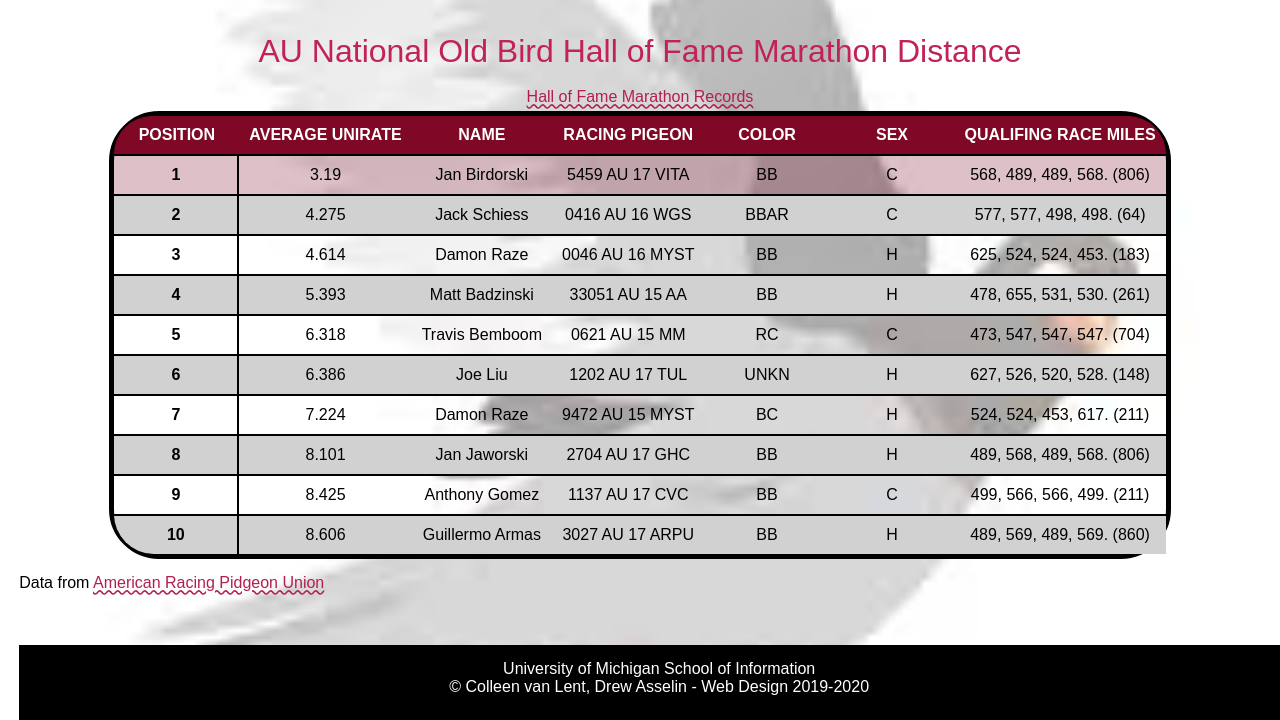
Repository: jiaqili0803/SI_539
Page: hw4-2021-main/hw4-2021-main/index.html
An editor plug-in stored every save of this project. The page is shown before and after the next save, followed by the edit.
The browser window is 1280 px wide. The pictures show the whole page.
The pointer rests on the first visible `tbody tr`.
Some web fonts or font styles are not loaded; a fallback is used.

Above is the page before, as saved 2021-10-02 19:28:03.

### hw4-2021-main/hw4-2021-main/index.html
<!DOCTYPE html>
<html lang="en">
  <head>
    <meta charset="UTF-8">
    <!-- <link rel="shortcut icon" type="image/png" href="images/pigeon-icon.png"/> -->
    <link rel="stylesheet", type="text/css" href="css/html5reset.css">
    <link rel="stylesheet", type="text/css" href="css/style.css">
    <link href='https://fonts.googleapis.com/css?family=Andika' rel='stylesheet'>
    <link rel="icon" href="https://cdn.pixabay.com/photo/2018/07/29/18/54/pigeon-3570784_1280.png" type="image/png">

    <!-- Image by <a href="https://pixabay.com/users/chiplanay-1971251/?utm_source=link-attribution&amp;utm_medium=referral&amp;utm_campaign=image&amp;utm_content=3303111">chiplanay</a> from <a href="https://pixabay.com/?utm_source=link-attribution&amp;utm_medium=referral&amp;utm_campaign=image&amp;utm_content=3303111">Pixabay</a> -->
    <title>2021 AU National Old Bird Hall of Fame Marathon Distance</title>
  </head>
  <!-- ***************************************
  * Tips!
  *
  * Remember there are two parts of a table - thead and tbody!
  *        This will be helpful to remember when making rounded corners.
  *
  * Classes that are in-line are helpful for formatting the parts you want.
  *        But what if you want to format something programmatically? Remember Psuedoclasses!
  *
  * Setting background images in CSS can be alittle tricky. Double-check the formatting!
  *        It works a litle differently than adding images in HTML
  *
  * Remember you want the footer to always be at the very bottom of the page.
  *        Remember the different kinds of positining. You also might want to look at the margins for the main section!
  *
  * Using web fonts requires two parts - one goes in the HTML and one goes in the CSS
  *
  * You can do it! (*•̀ᴗ•́*)و
  ******************************************** -->
  <body>
    <h1>AU National Old Bird Hall of Fame Marathon Distance</h1>
    <main>
      <table>
        <caption><a href = "https://pigeon-ndb.com/results/">Hall of Fame Marathon Records</a></caption>
      <thead>
        <tr>
          <th scope="col" class="colhead">Position</th>
          <th scope="col" class="colhead">Average Unirate</th>
          <th scope="col" class="colhead">Name</th>
          <th scope="col" class="colhead">Racing Pigeon</th>
          <th scope="col" class="colhead">Color</th>
          <th scope="col" class="colhead">Sex</th>
          <th scope="col" class="colhead">Qualifing Race Miles</th>
        </tr>
      </thead>
      <tbody>
       <tr>
         <th scope="row" class="rowhead">1</th>
         <td>3.19</td>
         <td>Jan Birdorski</td>
         <td>5459 AU 17 VITA</td>
         <td>BB</td>
         <td>C</td>
         <td>568, 489, 489, 568. (806)</td>
       </tr>
       <tr>
         <th scope="row" class="rowhead">2</th>
         <td>4.275</td>
         <td>Jack Schiess</td>
         <td>0416 AU 16 WGS</td>
         <td>BBAR</td>
         <td>C</td>
         <td>577, 577, 498, 498. (64)</td>
       </tr>
       <tr>
         <th scope="row" class="rowhead">3</th>
         <td>4.614</td>
         <td>Damon Raze</td>
         <td>0046 AU 16 MYST</td>
         <td>BB</td>
         <td>H</td>
         <td>625, 524, 524, 453. (183)</td>
       </tr>
       <tr>
         <th scope="row" class="rowhead">4</th>
         <td>5.393</td>
         <td>Matt Badzinski</td>
         <td>33051 AU 15 AA</td>
         <td>BB</td>
         <td>H</td>
         <td>478, 655, 531, 530. (261)</td>
       </tr>
       <tr>
         <th scope="row" class="rowhead">5</th>
         <td>6.318</td>
         <td>Travis Bemboom</td>
         <td>0621 AU 15 MM</td>
         <td>RC</td>
         <td>C</td>
         <td>473, 547, 547, 547. (704)</td>
       </tr>
       <tr>
         <th scope="row" class="rowhead">6</th>
         <td>6.386</td>
         <td>Joe Liu</td>
         <td>1202 AU 17 TUL</td>
         <td>UNKN</td>
         <td>H</td>
         <td>627, 526, 520, 528. (148)</td>
       </tr>
       <tr>
         <th scope="row" class="rowhead">7</th>
         <td>7.224</td>
         <td>Damon Raze</td>
         <td>9472 AU 15 MYST</td>
         <td>BC</td>
         <td>H</td>
         <td>524, 524, 453, 617. (211)</td>
       </tr>
       <tr>
         <th scope="row" class="rowhead">8</th>
         <td>8.101</td>
         <td>Jan Jaworski</td>
         <td>2704 AU 17 GHC</td>
         <td>BB</td>
         <td>H</td>
         <td>489, 568, 489, 568. (806)</td>
       </tr>
       <tr>
         <th scope="row" class="rowhead">9</th>
         <td>8.425</td>
         <td>Anthony Gomez</td>
         <td>1137 AU 17 CVC</td>
         <td>BB</td>
         <td>C</td>
         <td>499, 566, 566, 499. (211)</td>
       </tr>
       <tr>
         <th scope="row" class="rowhead">10</th>
         <td>8.606</td>
         <td>Guillermo Armas</td>
         <td>3027 AU 17 ARPU</td>
         <td>BB</td>
         <td>H</td>
         <td>489, 569, 489, 569. (860)</td>
       </tr>
      </tbody>
    </table>
    <p class="datacite">Data from <a href="https://pigeon-ndb.com/results/hof">American Racing Pidgeon Union</a></p>
    </main>
    <footer>
      <p>University of Michigan School of Information <br/>
        &copy; Colleen van Lent, Drew Asselin - Web Design 2019-2020</p>
    </footer>
  </body>
</html>

### hw4-2021-main/hw4-2021-main/css/html5reset.css
/*
    HTML5 Reset :: style.css
    ----------------------------------------------------------
    We have learned much from/been inspired by/taken code where offered from:
    Eric Meyer                  :: http://meyerweb.com
    HTML5 Doctor                :: http://html5doctor.com
    and the HTML5 Boilerplate   :: http://html5boilerplate.com
-------------------------------------------------------------------------------*/

/* Let's default this puppy out
-------------------------------------------------------------------------------*/

html, body, body div, span, object, iframe, h1, h2, h3, h4, h5, h6, p, blockquote, pre, abbr, address, cite, code, del, dfn, em, img, ins, kbd, q, samp, small, strong, sub, sup, var, b, i, dl, dt, dd, ol, ul, li, fieldset, form, label, legend, table, caption, tbody, tfoot, thead, tr, th, td, article, aside, figure, footer, header, menu, nav, section, time, mark, audio, video, details, summary {
    margin: 0;
    padding: 0;
    border: 0;
    font-size: 100%;
    font-weight: normal;
    vertical-align: baseline;
    background: transparent;
}

main, article, aside, figure, footer, header, nav, section, details, summary {display: block;}

/* Handle box-sizing while better addressing child elements:
   http://css-tricks.com/inheriting-box-sizing-probably-slightly-better-best-practice/ */
html {
    box-sizing: border-box;
}

*,
*:before,
*:after {
    box-sizing: inherit;
}

/* consider resetting the default cursor: https://gist.github.com/murtaugh/5247154 */

/* Responsive images and other embedded objects */
/* if you don't have full control over `img` tags (if you have to overcome attributes), consider adding height: auto */
img,
object,
embed {max-width: 100%;}

/*
   Note: keeping IMG here will cause problems if you're using foreground images as sprites.
    In fact, it *will* cause problems with Google Maps' controls at small size.
    If this is the case for you, try uncommenting the following:
#map img {
        max-width: none;
}
*/

/* force a vertical scrollbar to prevent a jumpy page */
html {overflow-y: scroll;}

/* we use a lot of ULs that aren't bulleted.
    you'll have to restore the bullets within content,
    which is fine because they're probably customized anyway */
ul {list-style: none;}

blockquote, q {quotes: none;}

blockquote:before,
blockquote:after,
q:before,
q:after {content: ''; content: none;}

a {margin: 0; padding: 0; font-size: 100%; vertical-align: baseline; background: transparent;}

del {text-decoration: line-through;}

abbr[title], dfn[title] {border-bottom: 1px dotted #000; cursor: help;}

/* tables still need cellspacing="0" in the markup */
table {border-collapse: separate; border-spacing: 0;}
th {font-weight: bold; vertical-align: bottom;}
td {font-weight: normal; vertical-align: top;}

hr {display: block; height: 1px; border: 0; border-top: 1px solid #ccc; margin: 1em 0; padding: 0;}

input, select {vertical-align: middle;}

pre {
    white-space: pre; /* CSS2 */
    white-space: pre-wrap; /* CSS 2.1 */
    white-space: pre-line; /* CSS 3 (and 2.1 as well, actually) */
    word-wrap: break-word; /* IE */
}

input[type="radio"] {vertical-align: text-bottom;}
input[type="checkbox"] {vertical-align: bottom;}
.ie7 input[type="checkbox"] {vertical-align: baseline;}
.ie6 input {vertical-align: text-bottom;}

select, input, textarea {font: 99% sans-serif;}

table {font-size: inherit; font: 100%;}

small {font-size: 85%;}

strong {font-weight: bold;}

td, td img {vertical-align: top;}

/* Make sure sup and sub don't mess with your line-heights http://gist.github.com/413930 */
sub, sup {font-size: 75%; line-height: 0; position: relative;}
sup {top: -0.5em;}
sub {bottom: -0.25em;}

/* standardize any monospaced elements */
pre, code, kbd, samp {font-family: monospace, sans-serif;}

/* hand cursor on clickable elements */
.clickable,
label,
input[type=button],
input[type=submit],
input[type=file],
button {cursor: pointer;}

/* Webkit browsers add a 2px margin outside the chrome of form elements */
button, input, select, textarea {margin: 0;}

/* make buttons play nice in IE */
button,
input[type=button] {width: auto; overflow: visible;}

/* scale images in IE7 more attractively */
.ie7 img {-ms-interpolation-mode: bicubic;}

/* prevent BG image flicker upon hover
   (commented out as usage is rare, and the filter syntax messes with some pre-processors)
.ie6 html {filter: expression(document.execCommand("BackgroundImageCache", false, true));}
*/

/* let's clear some floats */
.clearfix:after { content: " "; display: block; clear: both; }

### hw4-2021-main/hw4-2021-main/css/style.css
/*STARTER CODE*/

/*
We have started some of the selectors for you.
For others we have provided hints on what the selectors should be.
There are some missing selectors.
Make sure to learn what the starter code does!!
*/

/*STARTER CODE - DO NOT CHANGE*/
main{
  margin-bottom: 100px;
}

caption{
  margin:5px 0px;
}

/* If you decide to uncomment this code, comment it back for the Autograder. */
/* tr{
  -webkit-transition: background-color 0.5s ease;
  transition: background-color 0.5s ease;
} */

/*END STARTER CODE*/

body{
  color: #000000;
  font-size: 16px;
  margin: 1.2em;
  background-size: cover ;
  background-position: center;
  font-family: "Andika", Sans-Serif;
  background-image: url("../images/pigeon-background.JPEG");
  background-color: #DDDDDD;

  /*Req 1*/
}

h1{
  color: #c12258;
  font-size: 32px;
  text-align:center;
  line-height: 2 ;

  /*Req 2*/
}

p{
  padding-top: 15px;

}

a{
  font-size: 16px;
  color: #B21F50;
  text-decoration-style: wavy;

}

/*Req 5*/
/*Add selector and rule here*/
*:focus {
  border-width: 3px;
  border-color: #417243;
  border-style: dashed;
}


td{
  text-align:center;
  border-top: 2px solid #000000;
  padding: 10px

}


.colhead{
  color: #FFFFFF;
  min-width: 125px;
  padding: 10px;
  text-align: center;
  vertical-align: middle;
  background-color: #7e0825;
  text-transform: uppercase;





}

.rowhead{
  border-top: 2px solid #000000;
  border-right: 2px solid #000000;
  text-align: center;
  vertical-align: middle;


}


table{
  border: 5px solid #000000;
  margin-left: auto;
  margin-right: auto;
  border-radius: 50px;


}

/* I gave you the selector, but not the property-value pair.
You can use Inspect Element or your editor to find selectors. */
thead th:first-child{
  border-top-left-radius: 50px;
}

thead th:last-child{
  border-top-right-radius: 50px;
}

tbody tr:last-child th:first-child{
  border-bottom-left-radius: 50px;


}

tbody tr:nth-child(2n+1) {
  background-color:transparent;
}

tbody tr:nth-child(2n) {
  background-color:#D1D1D1;
}

tbody tr:hover {
  color: #000000;
  /* background-color: #7e0825;
  Opacity: 25%; */
  background-color: rgba(126, 8, 37,0.25);


}



/*Add selectors and rules here*/



footer{
  width:100%;
  background:#000000;
  text-align:center;
  color: #FFFFFF;
  min-height: 75px;
  position:fixed;
  bottom:0;
  left:0
  width: 100%

}

After the next save:
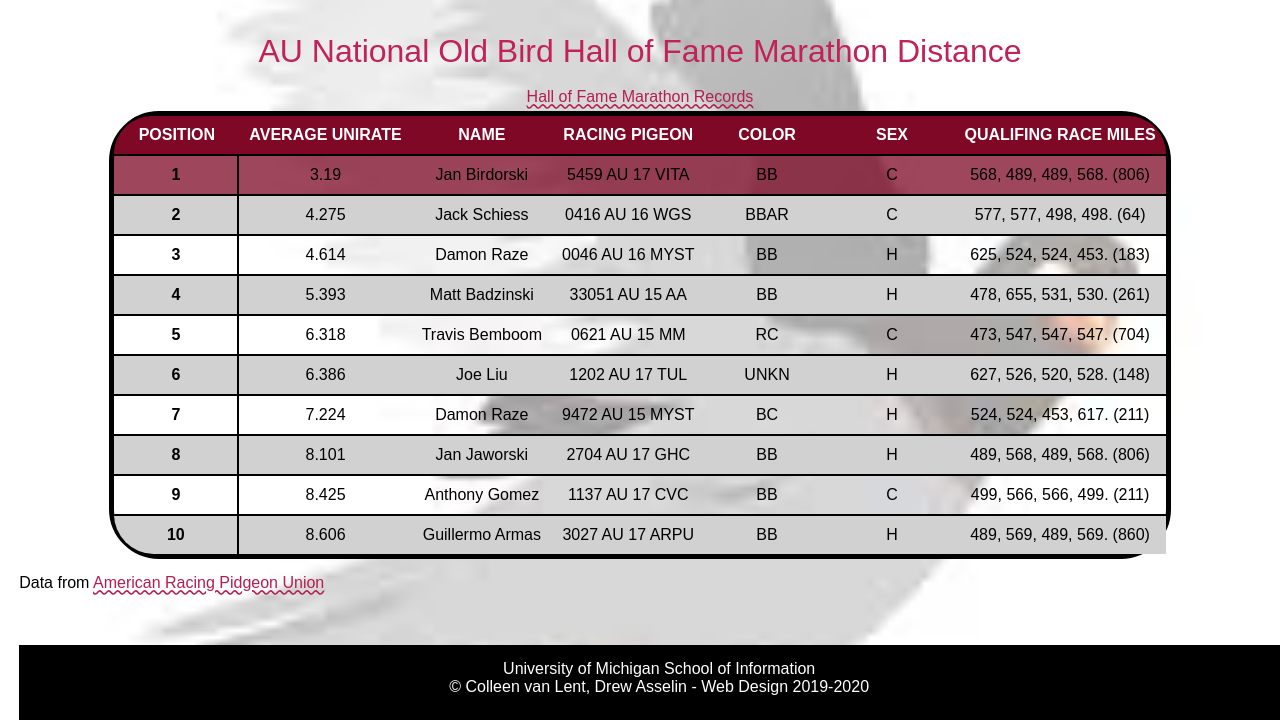
Saved 10 s later.
--- a/hw4-2021-main/hw4-2021-main/css/style.css
+++ b/hw4-2021-main/hw4-2021-main/css/style.css
@@ -137,7 +137,7 @@
   color: #000000;
   /* background-color: #7e0825;
   Opacity: 25%; */
-  background-color: rgba(126, 8, 37,0.25);
+  background-color: rgba(126, 8, 37,0.75);
 
 
 }

After the save that followed:
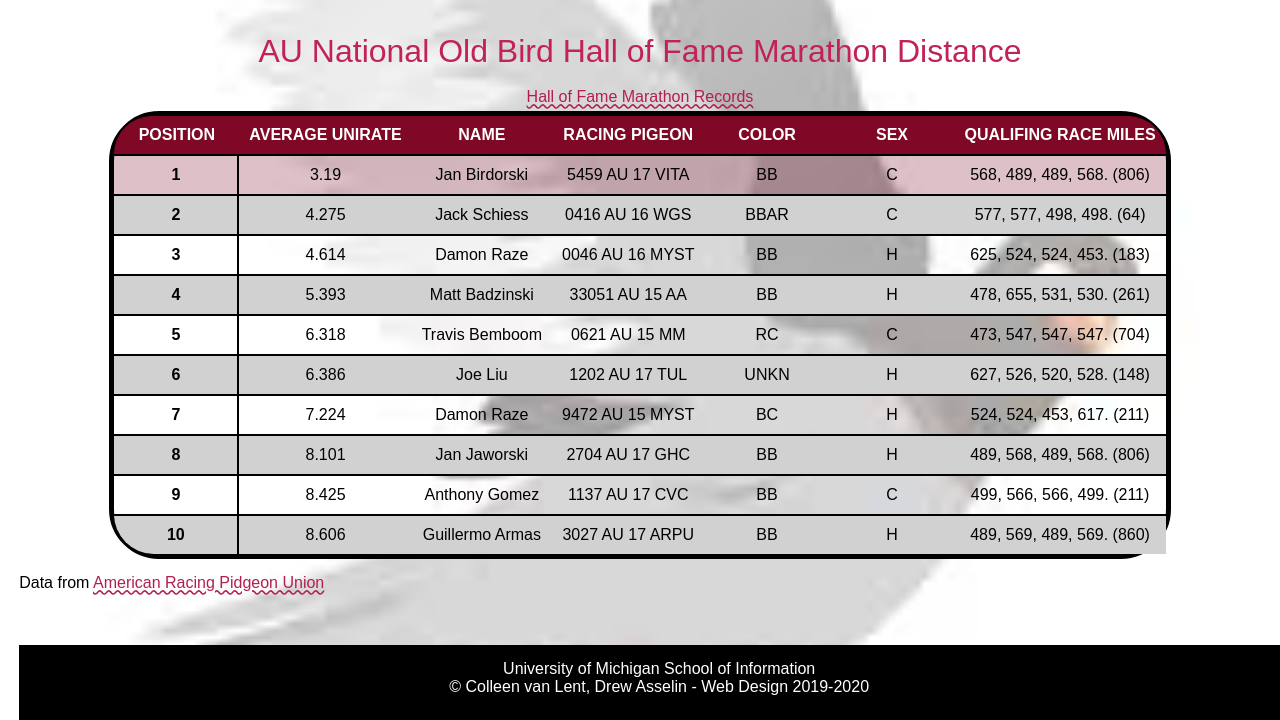
Saved 4 s later.
--- a/hw4-2021-main/hw4-2021-main/css/style.css
+++ b/hw4-2021-main/hw4-2021-main/css/style.css
@@ -137,7 +137,7 @@
   color: #000000;
   /* background-color: #7e0825;
   Opacity: 25%; */
-  background-color: rgba(126, 8, 37,0.75);
+  background-color: rgba(126, 8, 37,0.25);
 
 
 }
